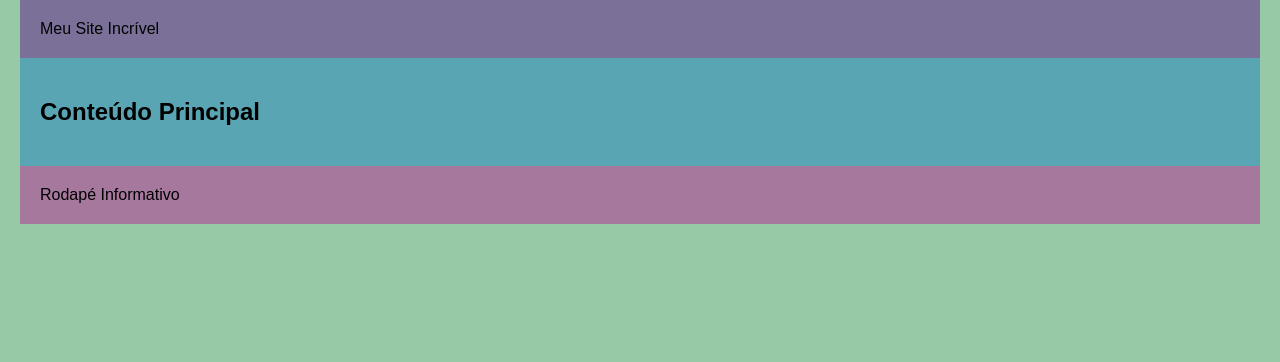
Repository: douglasabnovato/model-lp
Page: index.html
An editor plug-in stored every save of this project. The page is shown before and after the next save, followed by the edit.
The browser window is 1280 px wide. The pictures show the whole page.

Above is the page before, as saved 2025-02-24 16:43:11.

After the next save:
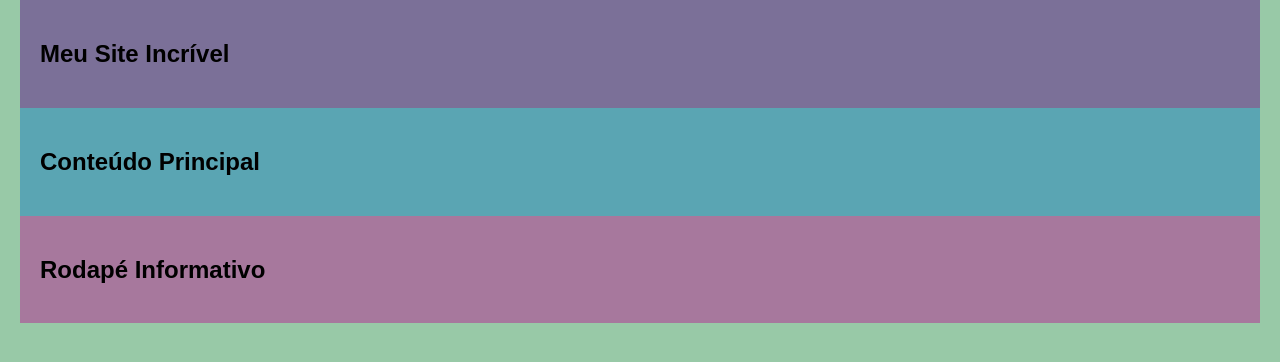
Saved 65 s later.
--- a/index.html
+++ b/index.html
@@ -7,11 +7,14 @@
     <link rel="stylesheet" type="text/css" href="./style.css" />
   </head>
   <body>
-    <header>Meu Site Incrível</header>
+    <header>
+        <h2>Meu Site Incrível</h2>
+    </header>
     <main>
         <h2>Conteúdo Principal</h2>
-
     </main>
-    <footer>Rodapé Informativo</footer>
+    <footer>
+        <h2>Rodapé Informativo</h2>
+    </footer>
   </body>
 </html>
